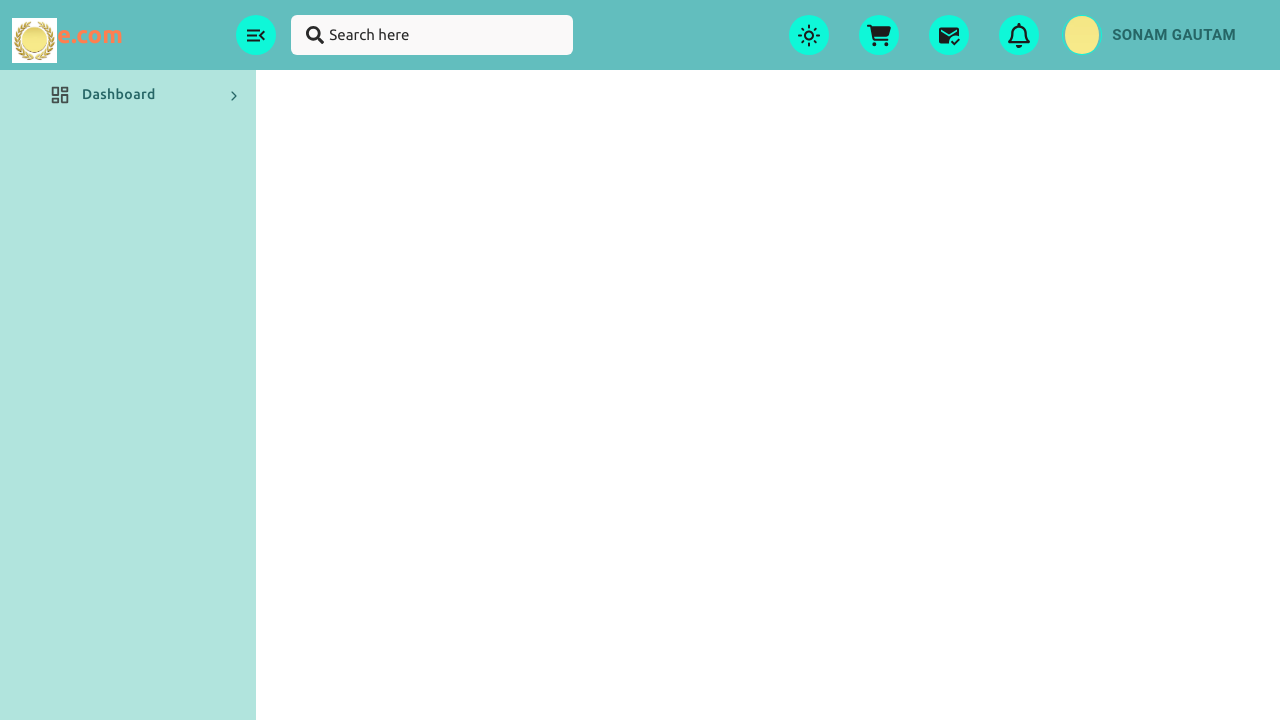
Repository: gautamsonam011/admin-react-dashboard
Page: /
The author's editor kept a copy of each file at every save. The page is drawn from the files as they stood at one save, then again after the next save.
The browser window is 1280 px wide. The pictures show the whole page.
The project was rebuilt for these pictures with package versions that can differ from the ones it lists, and the page was loaded fresh each time.

Above is the page before, as saved 2025-04-15 15:02:48.

### src/App.js
import { BrowserRouter, Routes, Route } from 'react-router-dom';
import './App.css';
import 'bootstrap/dist/css/bootstrap.min.css';
import Dashboard from './pages/Dashboard/Dashboard';
import Header from "./components/Header/index";
import Sidebar from './components/Sidebar';

function App() {
  return (
    <BrowserRouter>
    <Header/>
    <div className='main d-flex'>
      <div className='sidebarWrapper'>
        <Sidebar/>
      </div>
    </div>
    <div className='content'>
    <Routes>
      <Route path = "/" exact={true} element={<Dashboard/>} />
    </Routes>
    </div>

    </BrowserRouter>
  );
}

export default App;

### src/App.css
@import url('https://fonts.googleapis.com/css2?family=Ubuntu:ital,wght@0,300;0,400;0,500;0,700;1,300;1,400;1,500;1,700&display=swap');

body{
  font-family: "Ubuntu", sans-serif !important;
  background-color: #f4f8f7;

}

header{
  width:100%;
  height: 70px;
  background-color:#62bebe;
  position: fixed;
  top:0px;
  left:0px;
  z-index: 1000;
}
header .logo{
  text-decoration: none;
}
header .logo img{
  margin-top: 10px;
  width:45px;

}

header .logo span{
color: coral;
font-weight: bolder;
font-size: 24px;
}
header button.rounded-circle{min-width:40px !important; width:40px !important; height: 40px !important; background-color:#0ff7d8 !important; margin: 15px;}
header button.rounded-circle svg{color:rgb(29, 27, 27); font-size: 25px !important; transition: all 0.2s ease-in-out;}
header button.rounded-circle:hover svg{color: #2585d4 !important;}
.searchBox{width:400px; height: 40px; background-color:#faf9f9; border-radius: 6px;padding: 3px 15px;}
.searchBox input{background: transparent;border:0px; outline:none; padding-left: 5px; font-size: 15px; color:#292929}
.searchBox input::-webkit-input-placeholder{color:#292929}
.searchBox svg{font-size: 18px; color:#292929 ;}

.userImg{display: flex; align-items:center; justify-content: center; overflow: hidden; width:40px; height: 40px; border:1px solid #0ff7d8; padding: 2px; border-radius: 100%;}
.userImg .rounded-circle{display: flex; align-items:center; justify-content: center; overflow: hidden; width: 40px; height: 40px; cursor: pointer; position: relative;}
.userImg .rounded-circle .img{object-fit: cover; width: 100%;}
.userInfo{padding-left: 10px;}
.userInfo h5{font-size: 15px; font-weight: 600; margin-bottom:0px; color: #266666;}

#account-menu li{font-size: 14px !important;}
#account-menu li svg{font-size: 20px !important}

.dropdown-info{padding-left: 6px;}
.dropdown-info h4{font-size: 15px; font-weight:600;margin-top: 2px; white-space: break-space; line-height: 21px;}
.dropdown-info p{font-size: 10px; color: #2585d4;}


/* Style for sidebar  */

.main .sidebarWrapper{width: 20%; flex: 0 0 20%; transition: all 0.3s ease-in-out;}
.main .sidebarWrapper .sidebar{width:20%; height: 100vh; position:fixed; top: 70px; left:0px; background:#b1e4dd;}

.main .sidebarWrapper .sidebar ul{margin-bottom:0px;}
.main .sidebarWrapper .sidebar ul li{list-style: none;}
.main .sidebarWrapper .sidebar ul li button{color:#266666; text-align: left; justify-content: left; border-radius:0px !important; padding: 12px 15px !important;
  align-items: center; text-transform: capitalize !important;font-family: "Ubuntu", sans-serif !important;
  margin-left: 0px;
}
.main .sidebarWrapper .sidebar ul li button .icon{display: flex; align-items:center; justify-content: center; width:25px; height:25px; margin-right: 10px;}
.main .sidebarWrapper .sidebar ul li button .icon svg{color:#292929; opacity: 0.8; font-size: 22px;}
.main .sidebarWrapper .sidebar ul li button .arrow{margin-left: auto;}

### src/pages/Dashboard/Dashboard.jsx
const Dashboard = () =>{
    return (
        <>
        <h1>Dashboard</h1>
        </>
    )
}

export default Dashboard;

### src/components/Header/index.jsx
import React, { useState } from 'react';
import { Link } from "react-router-dom";
import logo from "../../assests/images/logo.jpg";
import Button from '@mui/material/Button';
import { MdMenuOpen } from "react-icons/md";
// import { MdOutlineMenu } from "react-icons/md";
import SearchBox from "../SearchBox";
import { MdOutlineLightMode } from "react-icons/md";
// import { MdDarkMode } from "react-icons/md";
import { FaCartShopping } from "react-icons/fa6";
import { MdMarkEmailRead } from "react-icons/md";
import { FaRegBell } from "react-icons/fa";


import Avatar from '@mui/material/Avatar';
import Menu from '@mui/material/Menu';
import MenuItem from '@mui/material/MenuItem';
import ListItemIcon from '@mui/material/ListItemIcon';
import Divider from '@mui/material/Divider';
import { FaShieldAlt } from "react-icons/fa";
import Settings from '@mui/icons-material/Settings';
import Logout from '@mui/icons-material/Logout';

const Header = () => {
    const [anchorEl, setAnchorEl] = useState(null);
    const [anchorElNotification, setAnchorElNotification] = useState(null);

    const open = Boolean(anchorEl);

    const handleOpenMyAccountDropdown = (event) => {
        if (anchorEl) {
            setAnchorEl(null);
        } else {
            setAnchorEl(event.currentTarget);
        }
    };

    const handleOpenMyAccountDropdownClose = () => {
        setAnchorEl(null);
    };

    // For Notification dropdown
    const handleOpennotificationsDrop = (event) => {
        setAnchorElNotification(event.currentTarget);
    };

    const handleClosenotificationsDrop = () => {
        setAnchorElNotification(null);
    };



    return (
        <>
            <header>
                <div className="container-fluid">
                    <div className="row d-flex align-items-center w-100">
                        {/* logo */}
                        <div className="col-sm-2">
                            <Link to="/" className="d-flex align-items-center logo">
                                <img src={logo} alt="logo" />
                                <span className="ml-2">e.com</span>
                            </Link>
                        </div>
                        <div className="col-sm-3 d-flex align-items-center pl-4">
                            <Button className="rounded-circle"><MdMenuOpen /></Button>
                            <SearchBox />
                        </div>
                        <div className="col-sm-7 d-flex align-items-center justify-content-end part3">
                            <Button className="rounded-circle"><MdOutlineLightMode /></Button>
                            <Button className="rounded-circle"><FaCartShopping /></Button>
                            <Button className="rounded-circle"><MdMarkEmailRead /></Button>
                            <Button className="rounded-circle" onClick={handleOpennotificationsDrop}>
                                <FaRegBell />
                            </Button>
                            <Menu
                                anchorEl={anchorElNotification}
                                open={Boolean(anchorElNotification)}
                                onClose={handleClosenotificationsDrop}
                                onClick={handleClosenotificationsDrop}
                                slotProps={{
                                    paper: {
                                        elevation: 0,
                                        sx: {
                                            overflow: 'visible',
                                            filter: 'drop-shadow(0px 2px 8px rgba(0,0,0,0.32))',
                                            mt: 1.5,
                                            '&::before': {
                                                content: '""',
                                                display: 'block',
                                                position: 'absolute',
                                                top: 0,
                                                right: 14,
                                                width: 10,
                                                height: 10,
                                                bgcolor: 'background.paper',
                                                transform: 'translateY(-50%) rotate(45deg)',
                                                zIndex: 0,
                                            },
                                        },
                                    },
                                }}
                                transformOrigin={{ horizontal: 'right', vertical: 'top' }}
                                anchorOrigin={{ horizontal: 'right', vertical: 'bottom' }}
                            >
                                <MenuItem onClick={handleClosenotificationsDrop}>
                                    Orders(12)
                                </MenuItem>
                                <Divider className="mb-2" />
                                <MenuItem onClick={handleClosenotificationsDrop}>
                                    <div className="d-flex align-items-center dropdown-list">

                                        <div className="userImg">
                                        <span className="rounded-circle">
                                            <img src={logo} alt="profile" />
                                        </span>

                                    </div>
                                    <div className='dropdown-info'>
                                        <h4><b>Sona</b> added Leather New Shoes</h4>
                                        <p>Few minutes ago</p>
                                    </div>
                                    </div>

                                </MenuItem>
                                <MenuItem onClick={handleClosenotificationsDrop}>
                                    <div className="d-flex align-items-center dropdown-list">

                                        <div className="userImg">
                                        <span className="rounded-circle">
                                            <img src={logo} alt="profile" />
                                        </span>

                                    </div>
                                    <div className='dropdown-info'>
                                        <h4><b>Sona</b> added Leather New Shoes</h4>
                                        <p>Few minutes ago</p>
                                    </div>
                                    </div>

                                </MenuItem>
                            </Menu>

                            <div className="myAccountWrapper">
                                <Button className="myAccount d-flex align-items-center" onClick={handleOpenMyAccountDropdown}>
                                    <div className="userImg">
                                        <span className="rounded-circle">
                                            <img src={logo} alt="profile" />
                                        </span>

                                    </div>
                                    <div className="userInfo">
                                        <h5>Sonam Gautam</h5>
                                    </div>

                                    <Menu
                                        anchorEl={anchorEl}
                                        id="account-menu"
                                        open={open}
                                        onClose={handleOpenMyAccountDropdownClose}
                                        onClick={handleOpenMyAccountDropdownClose}
                                        slotProps={{
                                            paper: {
                                                elevation: 0,
                                                sx: {
                                                    overflow: 'visible',
                                                    filter: 'drop-shadow(0px 2px 8px rgba(0,0,0,0.32))',
                                                    mt: 1.5,
                                                    '& .MuiAvatar-root': {
                                                        width: 32,
                                                        height: 32,
                                                        ml: -0.5,
                                                        mr: 1,
                                                    },
                                                    '&::before': {
                                                        content: '""',
                                                        display: 'block',
                                                        position: 'absolute',
                                                        top: 0,
                                                        right: 14,
                                                        width: 10,
                                                        height: 10,
                                                        bgcolor: 'background.paper',
                                                        transform: 'translateY(-50%) rotate(45deg)',
                                                        zIndex: 0,
                                                    },
                                                },
                                            },
                                        }}
                                        transformOrigin={{ horizontal: 'right', vertical: 'top' }}
                                        anchorOrigin={{ horizontal: 'right', vertical: 'bottom' }}
                                    >
                                        <MenuItem onClick={handleOpenMyAccountDropdownClose}>
                                            <Avatar /> Profile
                                        </MenuItem>
                                        <Divider />
                                        <MenuItem onClick={handleOpenMyAccountDropdownClose}>
                                            <ListItemIcon>
                                                <FaShieldAlt fontSize="small" />
                                            </ListItemIcon>
                                            Reset Password
                                        </MenuItem>
                                        <MenuItem onClick={handleOpenMyAccountDropdownClose}>
                                            <ListItemIcon>
                                                <Settings fontSize="small" />
                                            </ListItemIcon>
                                            Settings
                                        </MenuItem>
                                        <MenuItem onClick={handleOpenMyAccountDropdownClose}>
                                            <ListItemIcon>
                                                <Logout fontSize="small" />
                                            </ListItemIcon>
                                            Logout
                                        </MenuItem>
                                    </Menu>
                                </Button>
                            </div>
                        </div>
                    </div>
                </div>
            </header>
        </>
    )
}

export default Header

### src/components/Sidebar/index.jsx
import Button from '@mui/material/Button';
import { RiDashboardLine } from "react-icons/ri";
import { IoIosArrowForward } from "react-icons/io";

const Sidebar = () =>{

    return(
        <div className="sidebar">
            <ul>
                <li>
                    <Button className="w-100">
                        <span className='icon'><RiDashboardLine/></span>
                        Dashboard
                        <span className="arrow"><IoIosArrowForward/></span>
                    </Button>
                </li>
            </ul>
        </div>
    )
}

export default Sidebar

### src/components/SearchBox.jsx
import { FaSearch } from "react-icons/fa";

const SearchBox = () =>{
    return (
        <div className="searchBox position-relative d-flex align-items-center">
            <FaSearch className="mr-2" />
            <input type="text" placeholder="Search here"  />
        </div>
    )
}

export default SearchBox;

Loaded but not shown: public/index.html (common file); src/index.js (common file); src/reportWebVitals.js (common file)

After the next save:
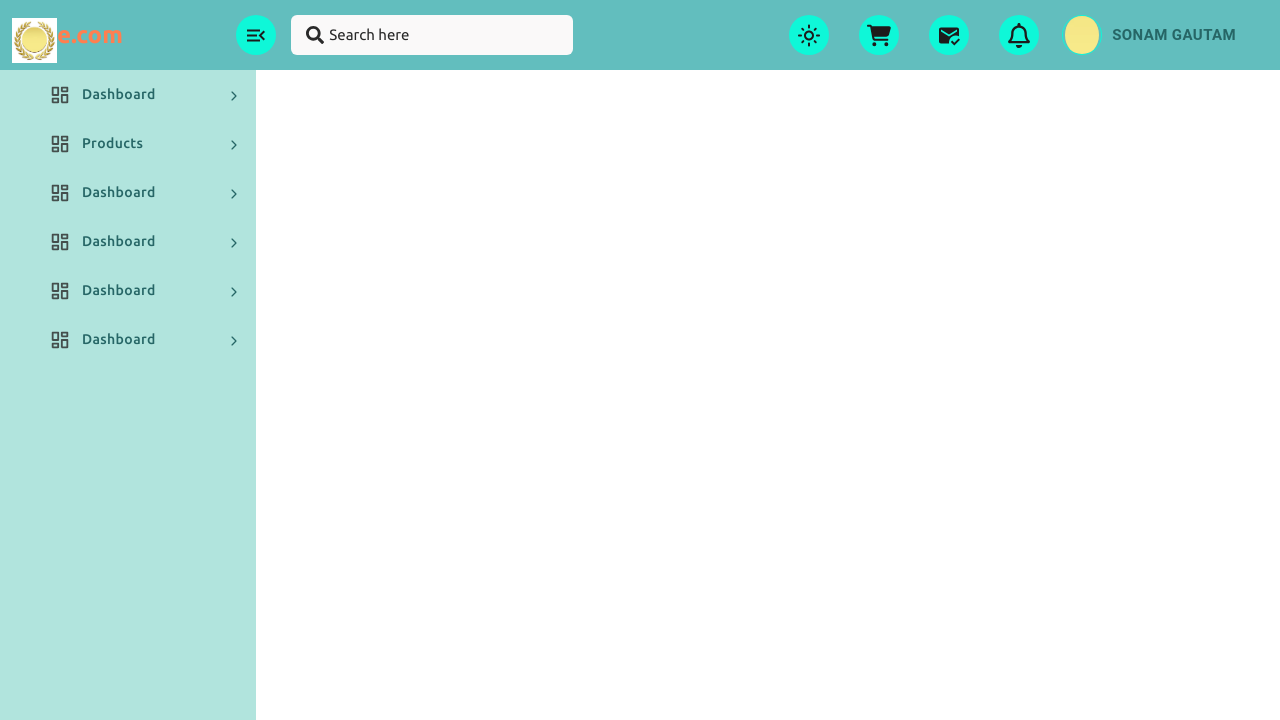
Saved 93 s later.
--- a/src/components/Sidebar/index.jsx
+++ b/src/components/Sidebar/index.jsx
@@ -14,6 +14,41 @@ const Sidebar = () =>{
                         <span className="arrow"><IoIosArrowForward/></span>
                     </Button>
                 </li>
+                <li>
+                    <Button className="w-100">
+                        <span className='icon'><RiDashboardLine/></span>
+                        Products
+                        <span className="arrow"><IoIosArrowForward/></span>
+                    </Button>
+                </li>
+                <li>
+                    <Button className="w-100">
+                        <span className='icon'><RiDashboardLine/></span>
+                        Dashboard
+                        <span className="arrow"><IoIosArrowForward/></span>
+                    </Button>
+                </li>
+                <li>
+                    <Button className="w-100">
+                        <span className='icon'><RiDashboardLine/></span>
+                        Dashboard
+                        <span className="arrow"><IoIosArrowForward/></span>
+                    </Button>
+                </li>
+                <li>
+                    <Button className="w-100">
+                        <span className='icon'><RiDashboardLine/></span>
+                        Dashboard
+                        <span className="arrow"><IoIosArrowForward/></span>
+                    </Button>
+                </li>
+                <li>
+                    <Button className="w-100">
+                        <span className='icon'><RiDashboardLine/></span>
+                        Dashboard
+                        <span className="arrow"><IoIosArrowForward/></span>
+                    </Button>
+                </li>
             </ul>
         </div>
     )
